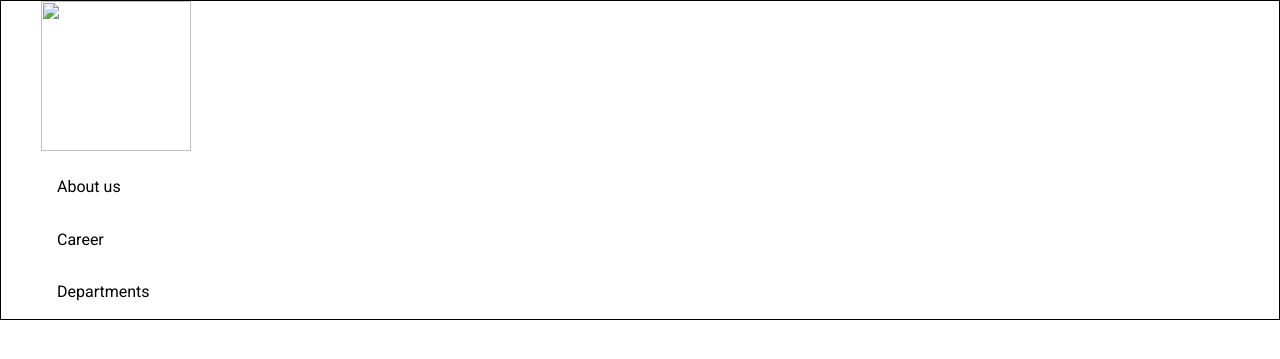
Repository: Hassanine-jaouadi/docplanner
Page: doc-panner.html
The author's editor kept a copy of each file at every save. The page is drawn from the files as they stood at one save, then again after the next save.
The browser window is 1280 px wide. The pictures show the whole page.
Some web libraries are served in a nearby version.

Above is the page before, as saved 2020-01-16 22:09:39.

### doc-panner.html
<!DOCTYPE html>
<html lang="en">
<!--  the head -->

<head>
    <title> Docplanner Group </title>
    <meta charset="UTF-8">
    <meta name="viewport" content="width=device-width, initial-scale=1.0">
    <link rel="stylesheet" href="style.css">
    <link rel="icon" href="file:///Users/hjaouadi/Documents/Wistia/Doc-planner/it.docplanner-w130.png" type="image/gif"
        sizes="16x16">

    <script src="https://kit.fontawesome.com/7e294a499a.js" crossorigin="anonymous"></script>
    <link href="https://fonts.googleapis.com/css?family=Roboto&display=swap" rel="stylesheet">

</head>

<!--  the body -->

<body>
    <nav class=" flex-container">
        <ul class="nav-menu">
                <li> <img src="file:///Users/hjaouadi/Documents/Wistia/Doc-planner/logo-default-group-en.svg"
                     width="150" height="150"/></li>
            <li> <a href="https://www.docplanner.com/about-us" class="flex-item"> About us</a> </li>
            <li> <a href="https://www.docplanner.com/career" class="flex-item">Career</a> </li>
            <li> <a href="https://www.docplanner.com/departments" class="flex-item">Departments</a> </li>
        </ul>
    </nav>


</body>

</html>

### style.css
html,body
{
    width: 100%;
    height: 100%;
    margin: 0px;
    padding: 0px;
    overflow-x: hidden;
}

* {
    box-sizing: border-box;
    margin: 0;
    font-family: 'Roboto', sans-serif;
    background-color: ffff;
    line-height: 1.8 ;

}

/* flex container */
.flex-container{
    display: flex;
    flex-direction: row;
    border: solid 1px black;
    justify-content: space-between;
    align-items: right;
}

.flex-item {
    flex: 1;
}


.flex-container  a {
    color: black;
    padding: 12px 16px;
    text-decoration: none ;
    display: block;

  }

  li { list-style: none; }

After the next save:
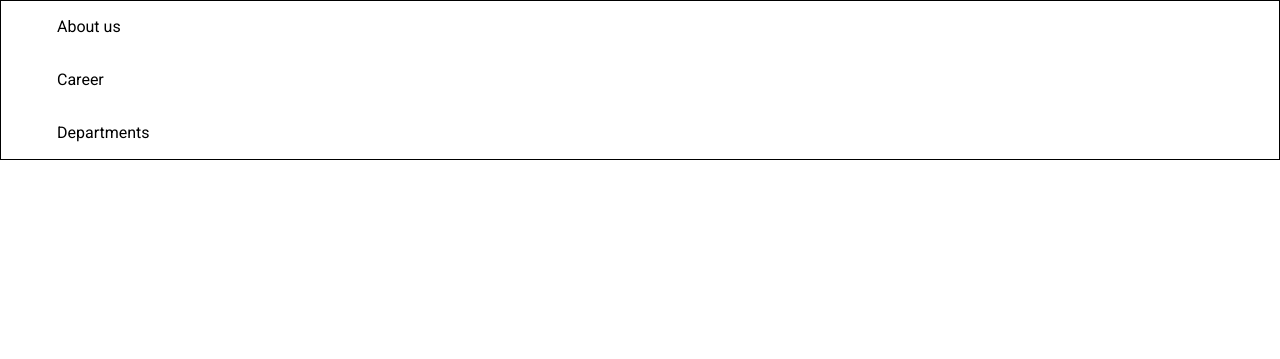
Saved 13 s later.
--- a/doc-panner.html
+++ b/doc-panner.html
@@ -20,8 +20,7 @@
 <body>
     <nav class=" flex-container">
         <ul class="nav-menu">
-                <li> <img src="file:///Users/hjaouadi/Documents/Wistia/Doc-planner/logo-default-group-en.svg"
-                     width="150" height="150"/></li>
+
             <li> <a href="https://www.docplanner.com/about-us" class="flex-item"> About us</a> </li>
             <li> <a href="https://www.docplanner.com/career" class="flex-item">Career</a> </li>
             <li> <a href="https://www.docplanner.com/departments" class="flex-item">Departments</a> </li>
